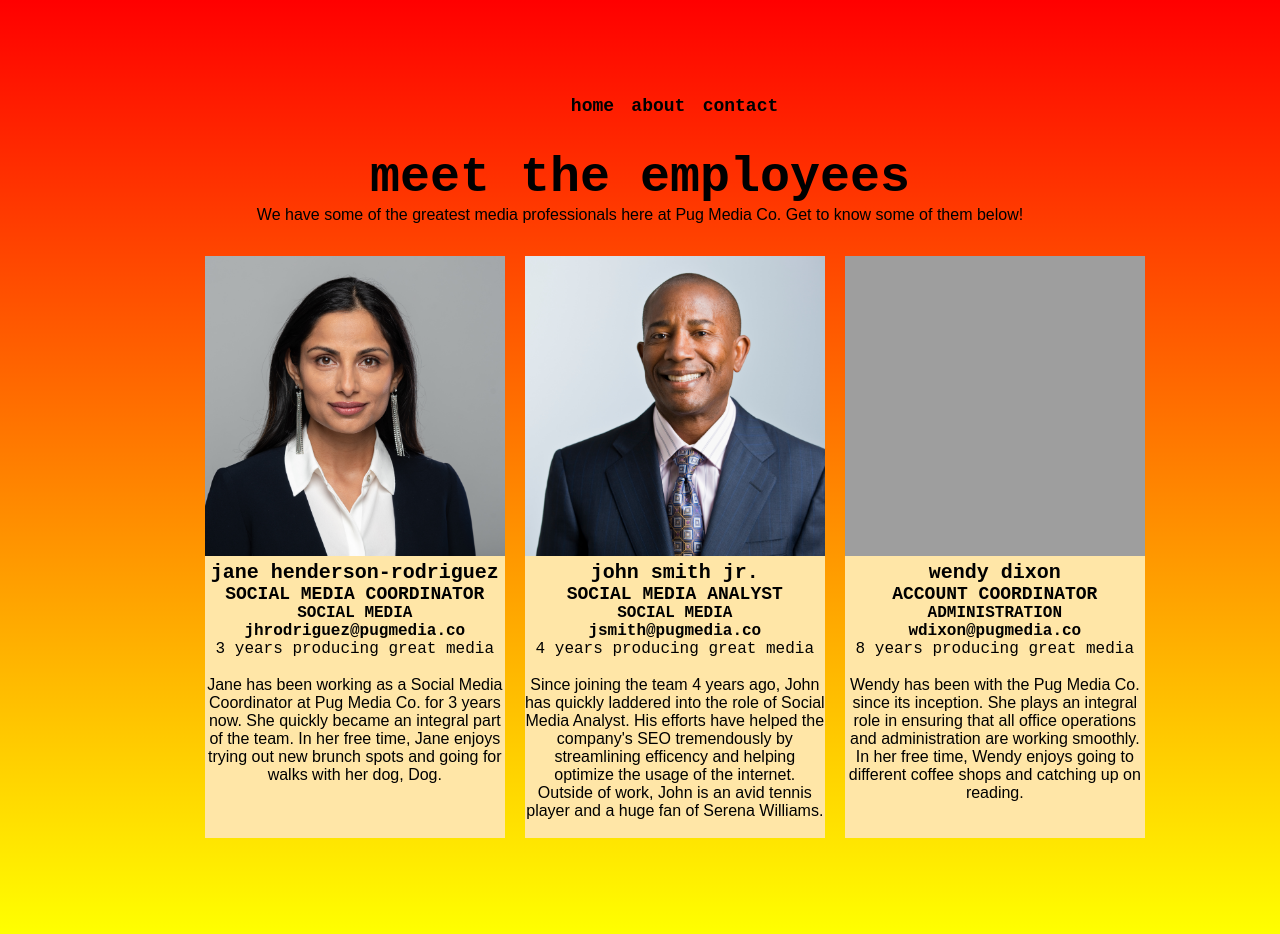
Repository: cheungglenda/MDIA2109-Week3
Page: /about
The author's editor kept a copy of each file at every save. The page is drawn from the files as they stood at one save, then again after the next save.
The browser window is 1280 px wide. The pictures show the whole page.
Pictures or frames that could not be fetched are drawn as grey boxes. The project was rebuilt for these pictures with package versions that can differ from the ones it lists, and the page was loaded fresh each time. The framework's server and built-in components were replaced by stand-ins that run in the browser. Also part of the build but not shown: next.config.js.

Above is the page before, as saved 2023-01-20 13:07:32.

### pages/about.js
import Head from 'next/head'
import { Inter } from '@next/font/google'
import styles from '@/styles/Home.module.css'
import aboutData from '../data/about.json'
import { useState } from 'react'
import EmployeeCard  from '../components/EmployeeCard'
import Link from 'next/link'

export default function About() {

    const [aboutEmployees, setAboutEmployees] = useState([...aboutData])
    console.log(aboutData)
    return (
   <>
      <Head>
        <title>Meet the Employees</title>
        <meta name="description" content="Meet the Employees" />
        <meta name="viewport" content="width=device-width, initial-scale=1" />
        <link rel="icon" href="/favicon.ico" />
      </Head>
      <main className={styles.main}>
        <div className={styles.buttons}>
      <Link href="/" className={styles.links}>Home</Link>
      <Link href="/about" className={styles.links}>About</Link>
      <Link href="/" className={styles.links}>Contact</Link>
      </div>

      <div className={styles.meetTitle}>Meet the Employees</div>
      <div className={styles.titleDesc}>We have some of the greatest media professionals here at Pug Media Co. Get to know some of them below!</div>

        <div className={styles.grid}>
          <div className={styles.employees}>
          {aboutEmployees && aboutEmployees.map((info, index) => {
            if(info.firstName.toLowerCase() === "jane") {
            return (
              <EmployeeCard
              key={index}
              firstname={info.firstName}
              lastname={info.lastName}
              jobtitle={info.jobTitle}
              department={info.department}
              contact={info.contact}
              yearsworked={info.yearsWorked}
              description={info.description}
              color="#FFE6A7" font="16px"/>
            )
          }
          })}

          {aboutEmployees && aboutEmployees.map((info, index) => {
            if(info.firstName.toLowerCase() === "john") {
            return (
              <EmployeeCard
              key={index}
              firstname={info.firstName}
              lastname={info.lastName}
              jobtitle={info.jobTitle}
              department={info.department}
              contact={info.contact}
              yearsworked={info.yearsWorked}
              description={info.description}
              color="#FFE6A7" font="16px"/>
            )
          }
          })}

          {aboutEmployees && aboutEmployees.map((info, index) => {
            if(info.firstName.toLowerCase() === "wendy") {
            return (
              <EmployeeCard
              key={index}
              firstname={info.firstName}
              lastname={info.lastName}
              jobtitle={info.jobTitle}
              department={info.department}
              contact={info.contact}
              yearsworked={info.yearsWorked}
              description={info.description}
              color="#FFE6A7" font="16px"/>
            )
          }
          })}
          </div>
        </div>
      </main>
    </>
  )
}

### styles/Home.module.css
.main {
  display: flex;
  flex-direction: column;
  justify-content: space-between;
  align-items: center;
  padding: 6rem;
  font-family:arial;
  min-height: 100vh;
  background-image: linear-gradient(red, yellow);

}

.buttons {
  display: flex;
  flex-direction:row;
  justify-content: space-evenly;
  margin-bottom:3%;
}

.links:hover {
  text-decoration:underline;
}

.links {
  font-size: 18px;
  max-width: var(--max-width);
  width: 100%;
  font-weight:900;
  font-family: 'Courier New', Courier, monospace;
  text-transform:lowercase;
  padding-left:10%;
}

.description {
  display: inherit;
  justify-content: inherit;
  align-items: inherit;
  font-size: 15px;
  max-width: var(--max-width);
  width: 100%;
  font-family: var(--font-mono);
}

.description a {
  display: flex;
  justify-content: center;
  align-items: center;
  gap: 0.5rem;
}

.description p {
  position: relative;
  margin: 0;
  padding: 1rem;
  background-color: rgba(var(--callout-rgb), 0.5);
  border: 1px solid rgba(var(--callout-border-rgb), 0.3);
  border-radius: var(--border-radius);
}

.code {
  font-weight: 700;
  font-family: var(--font-mono);
}

.meetTitle {
  font-size: 50px;
  font-weight:700;
  text-transform:lowercase;
  font-family:'Courier New', Courier, monospace;
  text-align:center;
}

.grid {
  display: flex;
  justify-content:center;
  width: var(--max-width);
  max-width: 100%;
  align-items:center;
  flex: 1;
}

.card {
  padding: 1rem 1.2rem;
  border-radius: var(--border-radius);
  background: rgba(var(--card-rgb), 0);
  border: 1px solid rgba(var(--card-border-rgb), 0);
  transition: background 200ms, border 200ms;
}

.card span {
  display: inline-block;
  transition: transform 200ms;
}

.info {
  font-family:Arial, Helvetica, sans-serif;
}

.card h2 {
  font-weight: 600;
  margin-bottom: 0.7rem;
}

.card p {
  margin: 0;
  opacity: 0.6;
  font-size: 0.9rem;
  line-height: 1.5;
  max-width: 30ch;
}


.employees {
  display:flex;
  gap:20px;
  width: 80%;
  text-align:center;
  font-family:'Courier New', Courier, monospace;
}

.titleDesc {
  font-size:16px;
  margin-bottom:3%;
}

.center {
  display: flex;
  justify-content: center;
  align-items: center;
  position: relative;
  padding: 4rem 0;
}

.center::before {
  background: var(--secondary-glow);
  border-radius: 50%;
  width: 480px;
  height: 360px;
  margin-left: -400px;
}

.center::after {
  background: var(--primary-glow);
  width: 240px;
  height: 180px;
  z-index: -1;
}

.center::before,
.center::after {
  content: '';
  left: 50%;
  position: absolute;
  filter: blur(45px);
  transform: translateZ(0);
}

.logo,
.thirteen {
  position: relative;
}

.thirteen {
  display: flex;
  justify-content: center;
  align-items: center;
  width: 75px;
  height: 75px;
  padding: 25px 10px;
  margin-left: 16px;
  transform: translateZ(0);
  border-radius: var(--border-radius);
  overflow: hidden;
  box-shadow: 0px 2px 8px -1px #0000001a;
}

.thirteen::before,
.thirteen::after {
  content: '';
  position: absolute;
  z-index: -1;
}

/* Conic Gradient Animation */
.thirteen::before {
  animation: 6s rotate linear infinite;
  width: 200%;
  height: 200%;
  background: var(--tile-border);
}

/* Inner Square */
.thirteen::after {
  inset: 0;
  padding: 1px;
  border-radius: var(--border-radius);
  background: linear-gradient(
    to bottom right,
    rgba(var(--tile-start-rgb), 1),
    rgba(var(--tile-end-rgb), 1)
  );
  background-clip: content-box;
}

/* Enable hover only on non-touch devices */
@media (hover: hover) and (pointer: fine) {
  .card:hover {
    background: rgba(var(--card-rgb), 0.1);
    border: 1px solid rgba(var(--card-border-rgb), 0.15);
  }

  .card:hover span {
    transform: translateX(4px);
  }
}

@media (prefers-reduced-motion) {
  .thirteen::before {
    animation: none;
  }

  .card:hover span {
    transform: none;
  }
}

/* Mobile */
@media (max-width: 700px) {
  .content {
    padding: 4rem;
  }

  .grid {
    grid-template-columns: 1fr;
    margin-bottom: 120px;
    max-width: 320px;
    text-align: center;
  }

  .card {
    padding: 1rem 2.5rem;
  }

  .card h2 {
    margin-bottom: 0.5rem;
  }

  .center {
    padding: 8rem 0 6rem;
  }

  .center::before {
    transform: none;
    height: 300px;
  }

  .description {
    font-size: 0.8rem;
  }

  .description a {
    padding: 1rem;
  }

  .description p,
  .description div {
    display: flex;
    justify-content: center;
    position: fixed;
    width: 100%;
  }

  .description p {
    align-items: center;
    inset: 0 0 auto;
    padding: 2rem 1rem 1.4rem;
    border-radius: 0;
    border: none;
    border-bottom: 1px solid rgba(var(--callout-border-rgb), 0.25);
    background: linear-gradient(
      to bottom,
      rgba(var(--background-start-rgb), 1),
      rgba(var(--callout-rgb), 0.5)
    );
    background-clip: padding-box;
    backdrop-filter: blur(24px);
  }

  .description div {
    align-items: flex-end;
    pointer-events: none;
    inset: auto 0 0;
    padding: 2rem;
    height: 200px;
    background: linear-gradient(
      to bottom,
      transparent 0%,
      rgb(var(--background-end-rgb)) 40%
    );
    z-index: 1;
  }
}

/* Tablet and Smaller Desktop */
@media (min-width: 701px) and (max-width: 1120px) {
  .grid {
    grid-template-columns: repeat(2, 50%);
  }
}

@media (prefers-color-scheme: dark) {
  .vercelLogo {
    filter: invert(1);
  }

  .logo,
  .thirteen img {
    filter: invert(1) drop-shadow(0 0 0.3rem #ffffff70);
  }
}

@keyframes rotate {
  from {
    transform: rotate(360deg);
  }
  to {
    transform: rotate(0deg);
  }
}

### data/about.json
[
    {
        "firstName": "Jane",
        "lastName": "Henderson-Rodriguez",
        "department": "Social Media",
        "jobTitle": "Social Media Coordinator",
        "contact": "jhrodriguez@pugmedia.co",
        "yearsWorked": 3,
        "description": "Jane has been working as a Social Media Coordinator at Pug Media Co. for 3 years now. She quickly became an integral part of the team. In her free time, Jane enjoys trying out new brunch spots and going for walks with her dog, Dog."

    },
    {
        "firstName": "John",
        "lastName": "Smith jr.",
        "department": "Social Media",
        "jobTitle": "Social Media Analyst",
        "contact": "jsmith@pugmedia.co",
        "yearsWorked": 4,
        "description": "Since joining the team 4 years ago, John has quickly laddered into the role of Social Media Analyst. His efforts have helped the company's SEO tremendously by streamlining efficency and helping optimize the usage of the internet. Outside of work, John is an avid tennis player and a huge fan of Serena Williams."

    },
    {
        "firstName": "Wendy",
        "lastName": "Dixon",
        "department": "Administration",
        "jobTitle": "Account Coordinator",
        "contact": "wdixon@pugmedia.co",
        "yearsWorked": 8,
        "description": "Wendy has been with the Pug Media Co. since its inception. She plays an integral role in ensuring that all office operations and administration are working smoothly. In her free time, Wendy enjoys going to different coffee shops and catching up on reading."

    }
]

### components/EmployeeCard/index.js
export default function EmployeeCard({
    firstname = "none",
    lastname = "none",
    department = "none",
    jobtitle = "none",
    yearsworked = 0,
    description = "none",
    contact = "none",
    color = "pink",
    font = "O",
    image = "icon/personTwo.png"
}) {
    return (
        <div style={{backgroundColor: color, fontSize: 16}}>
            {
                firstname === "Jane" ? <img style={{objectFit: "cover"}} src={'headshots/photo3.jpeg'} width="300" height="300"/> :
                firstname === "John" ? <img style={{objectFit: "cover"}} src={'headshots/photo1.jpeg'} width="300" height="300"/> :
                firstname === "Wendy" ? <img style={{objectFit: "cover"}} src={'headshots/photo2.jpeg'} width="300" height="300"/> :
                <img src={image} width="300"/>
            }

            <h1 style={{textTransform: "lowercase", fontSize: 20}}>{firstname} {lastname}</h1>
            <h1 style={{textTransform: "lowercase", fontSize: 20}}></h1>
            <h2 style={{fontFamily:"'Courier New', Courier, monospace", textTransform: "uppercase", fontSize: 18}}>{jobtitle}</h2>
            <h3 style={{fontFamily:"'Courier New', Courier, monospace", textTransform: "uppercase", fontSize: 16, fontweight:200}}>{department}</h3>
            <h3 style={{fontFamily:"'Courier New', Courier, monospace", textTransform: "lowercase", fontSize: 16, fontweight:500}}>{contact}</h3>
            <h4 style={{textTransform:"lowercase", fontSize:16, fontWeight:100}}>{yearsworked} years producing great media</h4><br></br>
            <p style={{fontFamily: "Arial, Helvetica, sans-serif"}}>{description}</p><br></br>
        </div>
    )
}

Loaded but not shown: pages/_app.js (common file); pages/_document.js (common file); pages/api/hello.js (common file); styles/globals.css (common file)

After the next save:
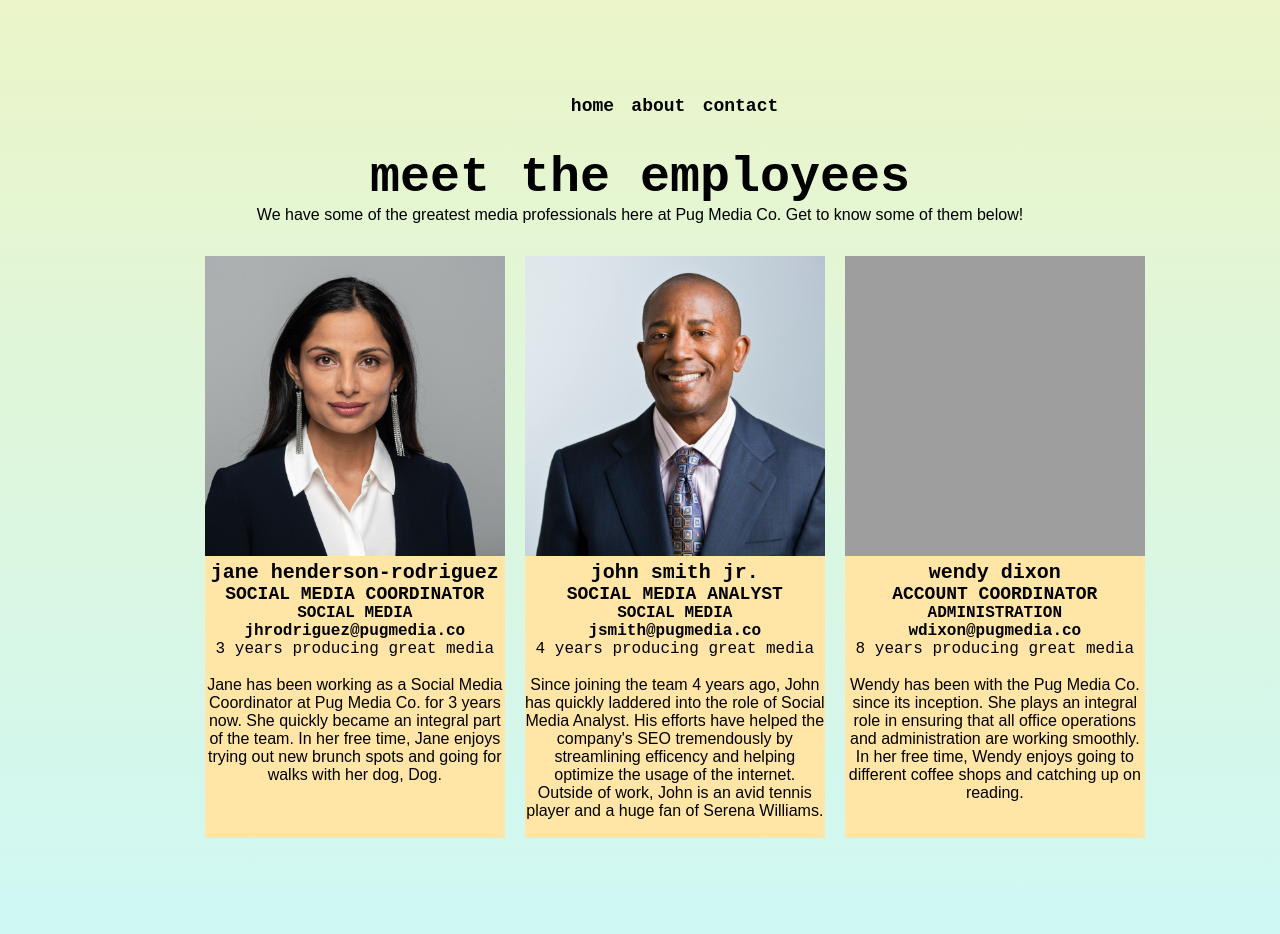
Saved 15 s later.
--- a/styles/Home.module.css
+++ b/styles/Home.module.css
@@ -6,7 +6,7 @@
   padding: 6rem;
   font-family:arial;
   min-height: 100vh;
-  background-image: linear-gradient(red, yellow);
+  background-image: linear-gradient(rgb(235, 245, 200), rgb(207, 248, 244));
 
 }
 
